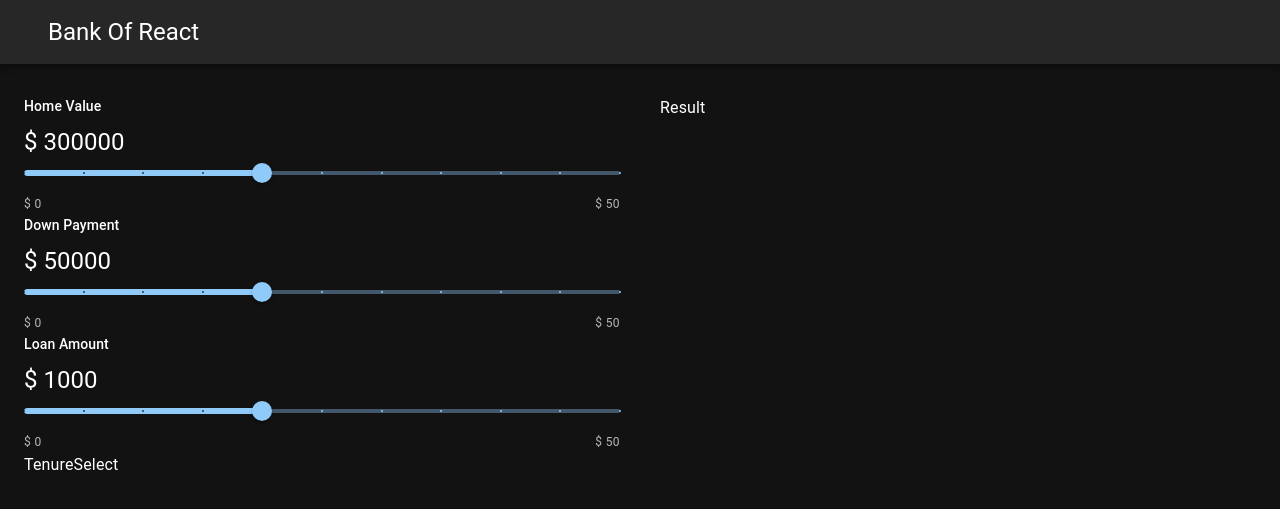
Repository: MikeeBuilds/mortgage-calculator
Page: /
The author's editor kept a copy of each file at every save. The page is drawn from the files as they stood at one save, then again after the next save.
The browser window is 1280 px wide. The pictures show the whole page.
The project was rebuilt for these pictures with package versions that can differ from the ones it lists, and the page was loaded fresh each time.

Above is the page before, as saved 2023-04-03 21:46:27.

After the next save:
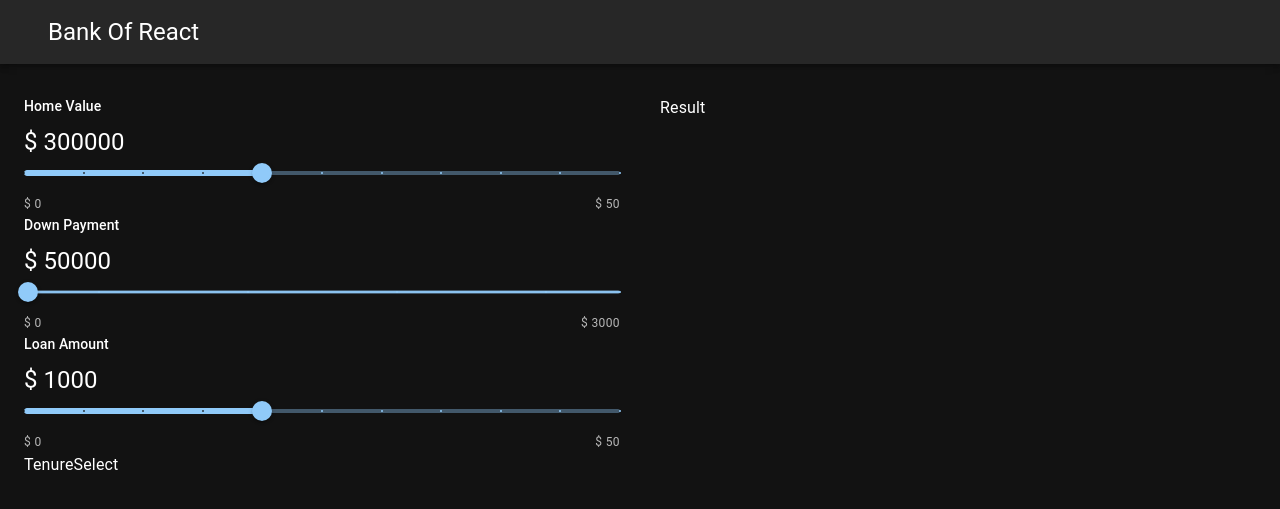
Saved 105 s later.
--- a/src/components/SliderSelect.js
+++ b/src/components/SliderSelect.js
@@ -17,7 +17,7 @@ const SliderSelect = () => {
           <SliderComponent
             label='Down Payment'
             min={0}
-            max={50}
+            max={3000}
             defaultValue={20}
             step={5 }
             onChange={(e, value) => console.log(value)}
